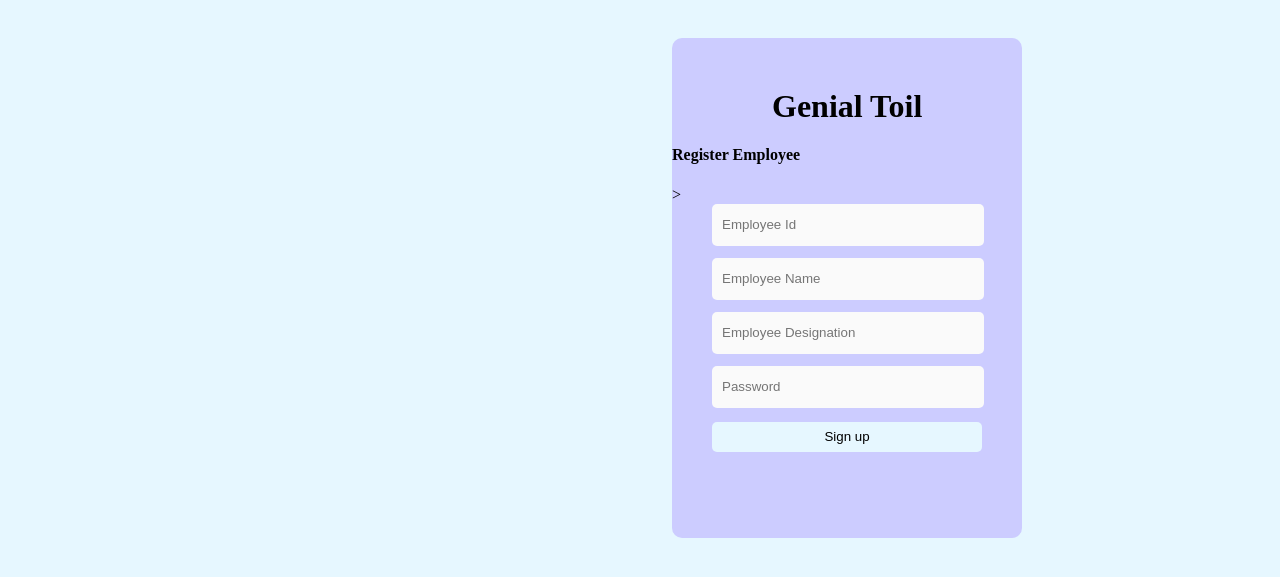
Repository: robin9533/Basic-Programs-App.
Page: GW-Genial Work Proj/GT_GenialToil/WebContent/EmployeeSignup.html
These files come from the project's save history. The page is drawn as it stood at one moment and after the next save; the edit follows.
The browser window is 1280 px wide. The pictures show the whole page.

Above is the page before, as saved 2019-05-10 10:37:06.

### GW-Genial Work Proj/GT_GenialToil/WebContent/EmployeeSignup.html
<!DOCTYPE html>
<html>
<head>
<meta charset="ISO-8859-1">
<title>Employee Registration Form</title>
<link rel="Stylesheet" type="text/css" href="EmployeeSignup.css">
</head>
<body>

	<div class="registrationblock">
		<h1>Genial Toil</h1>
		<h4>Register Employee</h4>
		>
		<Form action="EmployeeSignupServlet">

			<input type="text" name="empId" placeholder="Employee Id"> <input
				type="text" name="empName" placeholder="Employee Name"> <input
				type="text" name="empDes" placeholder="Employee Designation">
			<input type="password" name="empPass" placeholder="Password">
			<button type="button">Sign up</button>

		</Form>
	</div>

</body>
</html>

### GW-Genial Work Proj/GT_GenialToil/WebContent/EmployeeSignup.css
@charset "ISO-8859-1";

body{
	background-color: #e6f7ff;
}
.registrationblock {
	height:500px;
	width: 350px;
	float:right;
	margin-top: 30px;
	margin-right: 250px;
	border-radius:10px;
	border:0px solid black;
	background-color: #ccccff;

}
.registrationblock input{
	width: 260px;
	height:40px;
	margin-bottom:12px;
	margin-left:40px;
	background: #fafafa;
	border: none;
	border:0px solid gray;
	border-radius: 5px;
	padding-left: 10px;
}
.registrationblock button{
	width:270px;
	height:30px;
	margin-left:40px;
	margin-top:2px;
	text-align: center;
	cursor: pointer;
	background:#e6f7ff;
	border-radius:5px;
	border: 0px solid #3897F0;
	}
.registrationblock h1{
	margin-top:50px;
	margin-left: 100px;
	cursor: default;
	}

.registrationblock h4{
	cursor: default;
	}

After the next save:
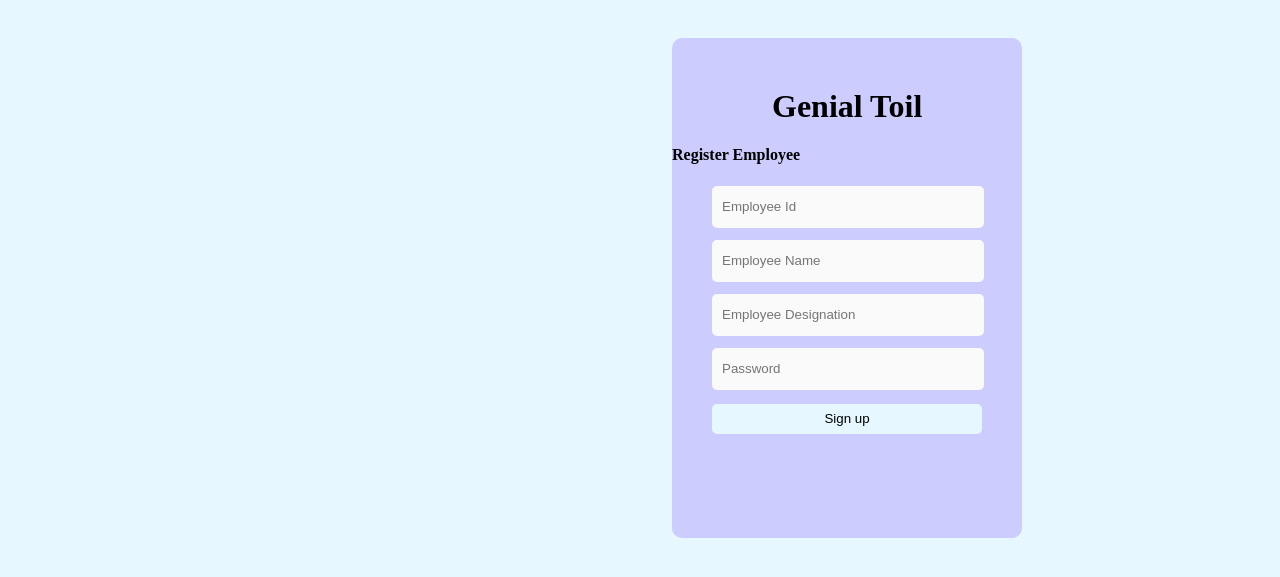
Saved 8 s later.
--- a/GW-Genial Work Proj/GT_GenialToil/WebContent/EmployeeSignup.html
+++ b/GW-Genial Work Proj/GT_GenialToil/WebContent/EmployeeSignup.html
@@ -10,7 +10,7 @@
 	<div class="registrationblock">
 		<h1>Genial Toil</h1>
 		<h4>Register Employee</h4>
-		>
+
 		<Form action="EmployeeSignupServlet">
 
 			<input type="text" name="empId" placeholder="Employee Id"> <input
